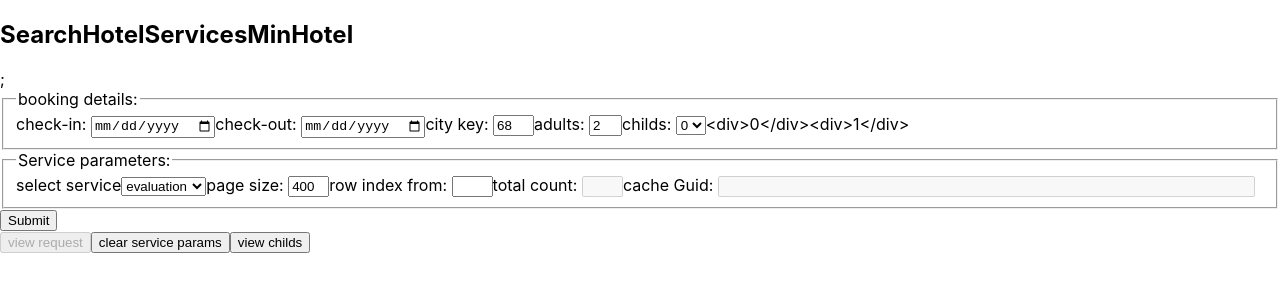
Repository: vsterev/il-test
Page: /min-price
An editor plug-in stored every save of this project. The page is shown before and after the next save, followed by the edit.
The browser window is 1280 px wide. The pictures show the whole page.
The project was rebuilt for these pictures with package versions that can differ from the ones it lists, and the page was loaded fresh each time. A package was used in the major version that the imports need, not the one package.json lists. Also part of the build but not shown: src/components/error/index.jsx.

Above is the page before, as saved 2021-04-28 14:13:24.

After the next save:
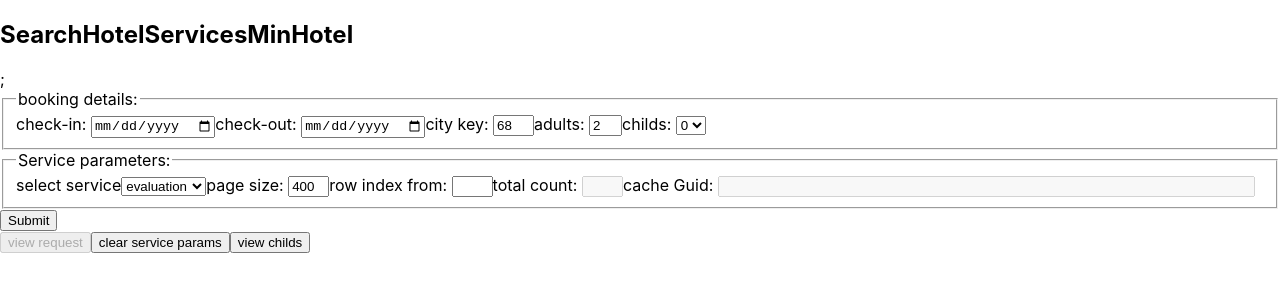
Saved 43 s later.
--- a/src/components/minPrice/index.jsx
+++ b/src/components/minPrice/index.jsx
@@ -101,7 +101,7 @@ const MinPrice = () => {
             <option value="1">1</option>
             <option value="2">2</option>
           </select>
-          {childrenAgesRender(2)}
+          {childrenAgesRender(childsNum)}
         </fieldset>
         <fieldset>
           <legend>Service parameters:</legend>
